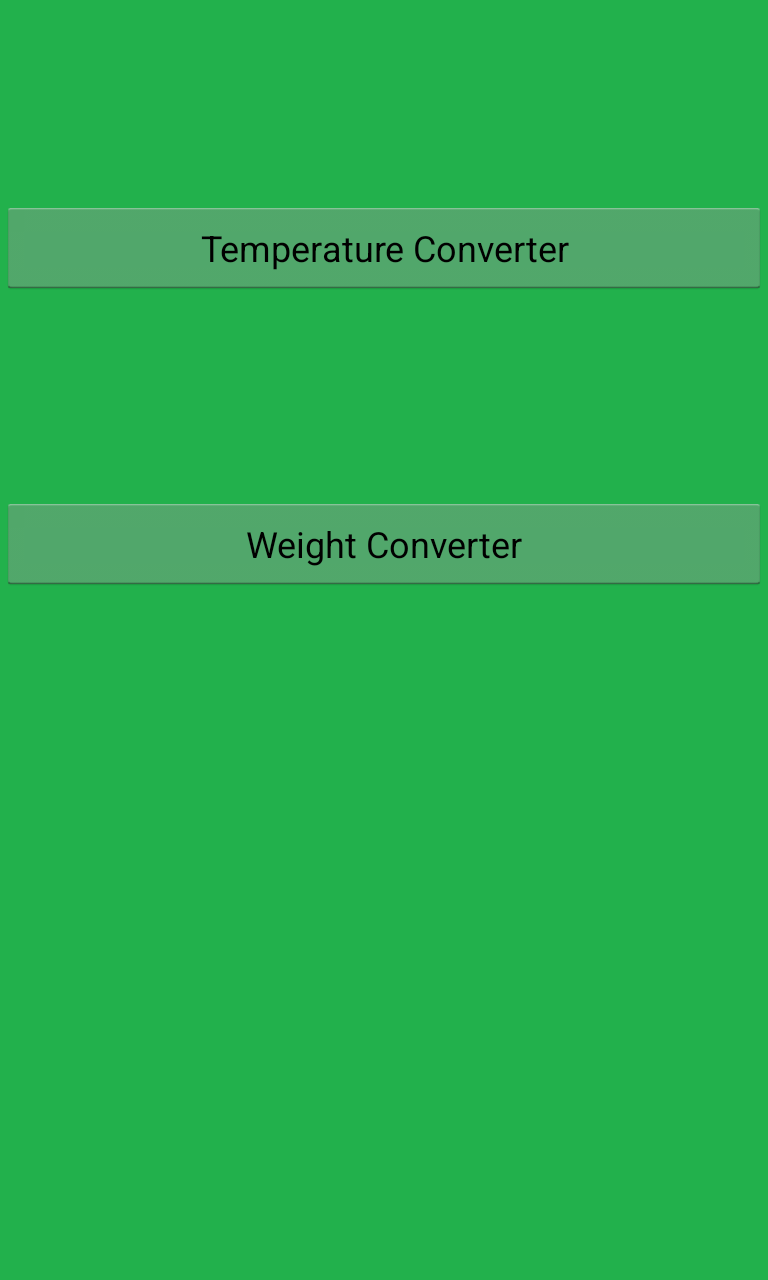
Repository: AshleyDeng/AndroidAppDevelopment
Layout: Samiul_Ashley_Android/Android Workspace/SamAndAshProject2_Converter/res/layout/main_screen.xml
The author's editor kept a copy of each file at every save. The layout is drawn from the files as they stood at one save, then again after the next save.
It is drawn on a 768 x 1280 px phone screen (xhdpi) without system bars, with theme AppTheme; the app's code is not run.

Above is the layout before, as saved 2013-01-18 00:47:39.

After the next save:
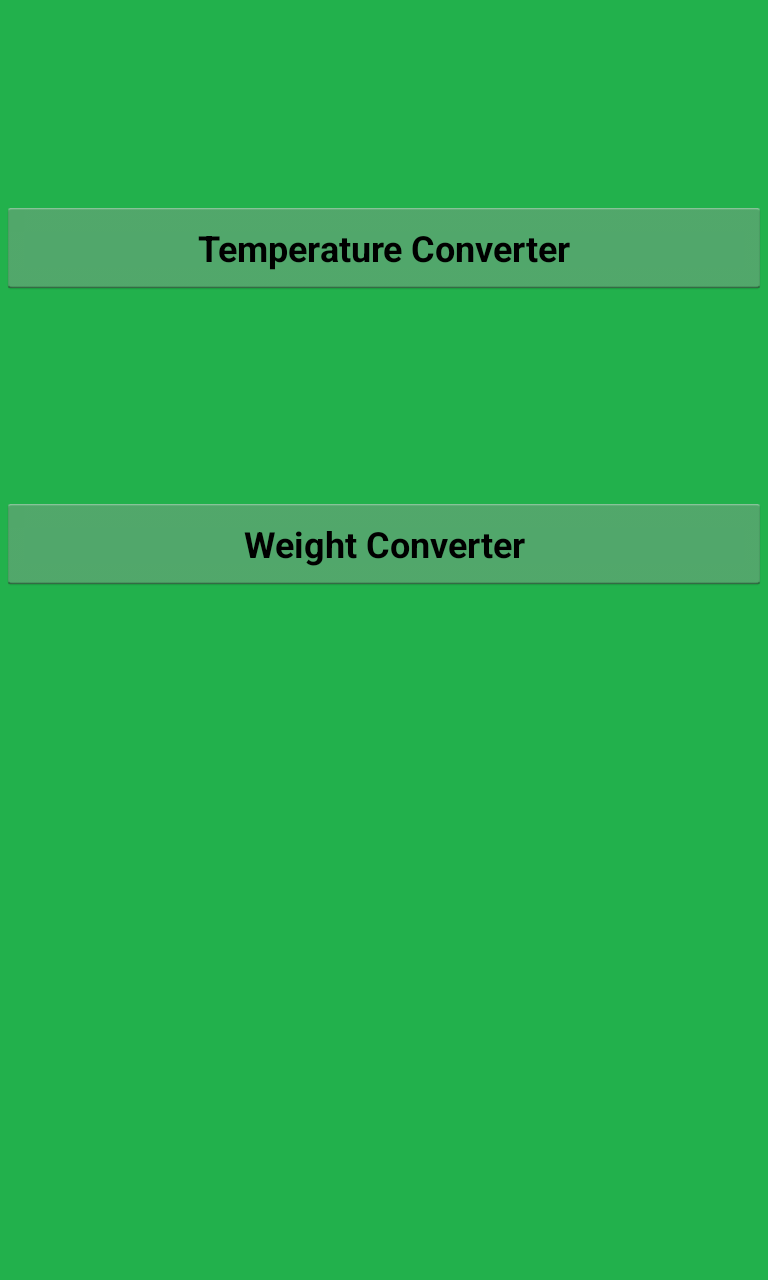
Saved 16 s later.
--- a/Samiul_Ashley_Android/Android Workspace/SamAndAshProject2_Converter/res/layout/main_screen.xml
+++ b/Samiul_Ashley_Android/Android Workspace/SamAndAshProject2_Converter/res/layout/main_screen.xml
@@ -6,17 +6,19 @@
     android:orientation="vertical" >
 
     <Button
-        android:id="@+id/Temperature"
+        android:id="@+id/bTemperatureMain"
         android:layout_width="fill_parent"
         android:layout_height="wrap_content"
         android:layout_marginTop="100dp"
+        android:textStyle="bold"
         android:text="Temperature Converter" />
 
     <Button
-        android:id="@+id/Weight"
+        android:id="@+id/bWeightMain"
         android:layout_width="fill_parent"
         android:layout_height="wrap_content"
         android:layout_marginTop="100dp"
+        android:textStyle="bold"
         android:text="Weight Converter" />
 
 </LinearLayout>
